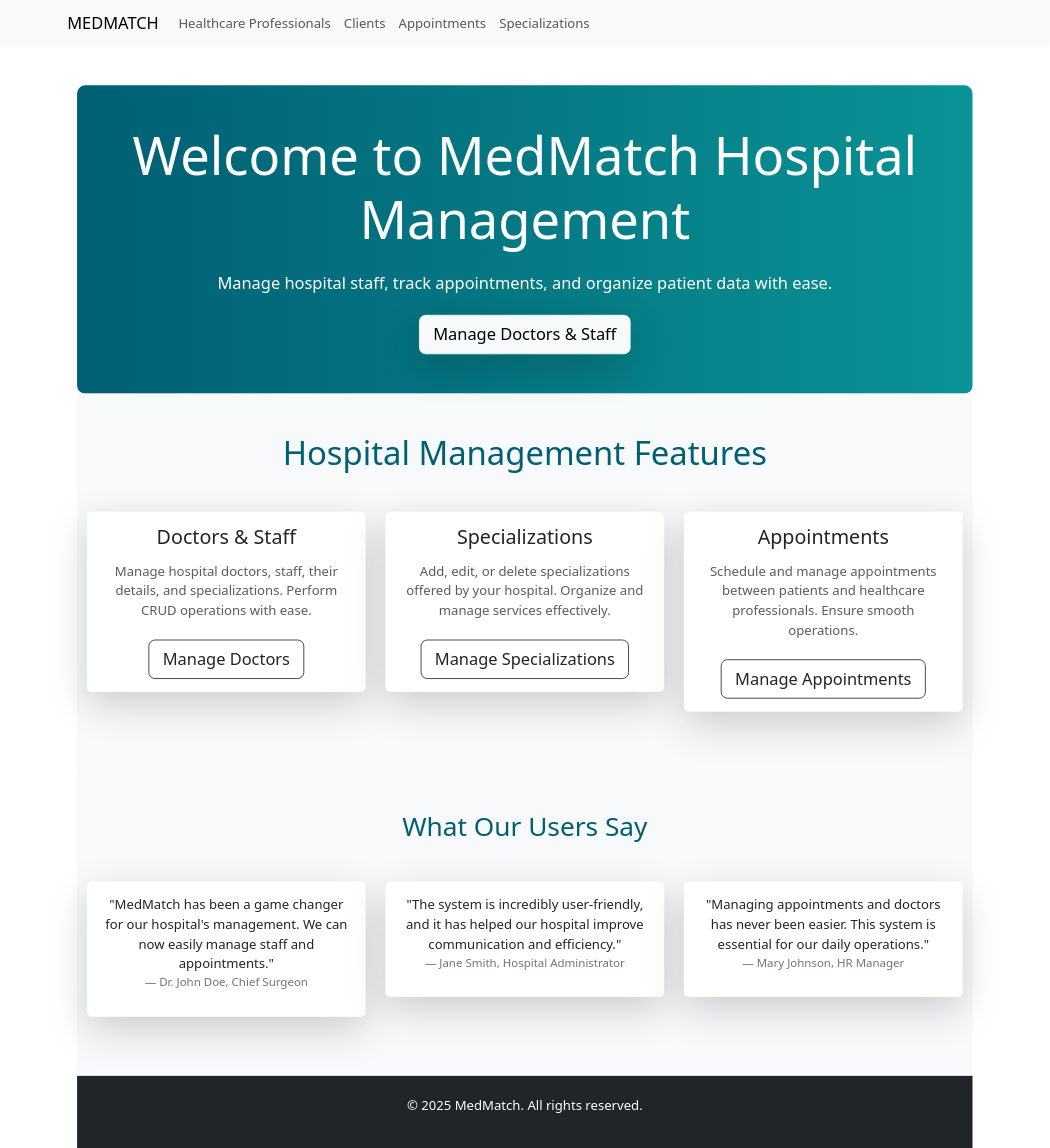
Repository: fahma20/medmatch-platform
Page: / (app in client/)
An editor plug-in stored every save of this project. The page is shown before and after the next save, followed by the edit.
The browser window is 1280 px wide. The pictures show the whole page, at 82% of full size.
The project was rebuilt for these pictures with package versions that can differ from the ones it lists, and the page was loaded fresh each time. Also part of the build but not shown: client/src/components/Healthcareprofessionals.js, client/src/components/Specializations.js, client/src/components/Appointments.js, client/src/components/Clients.js.

Above is the page before, as saved 2025-02-02 14:16:20.

After the next save:
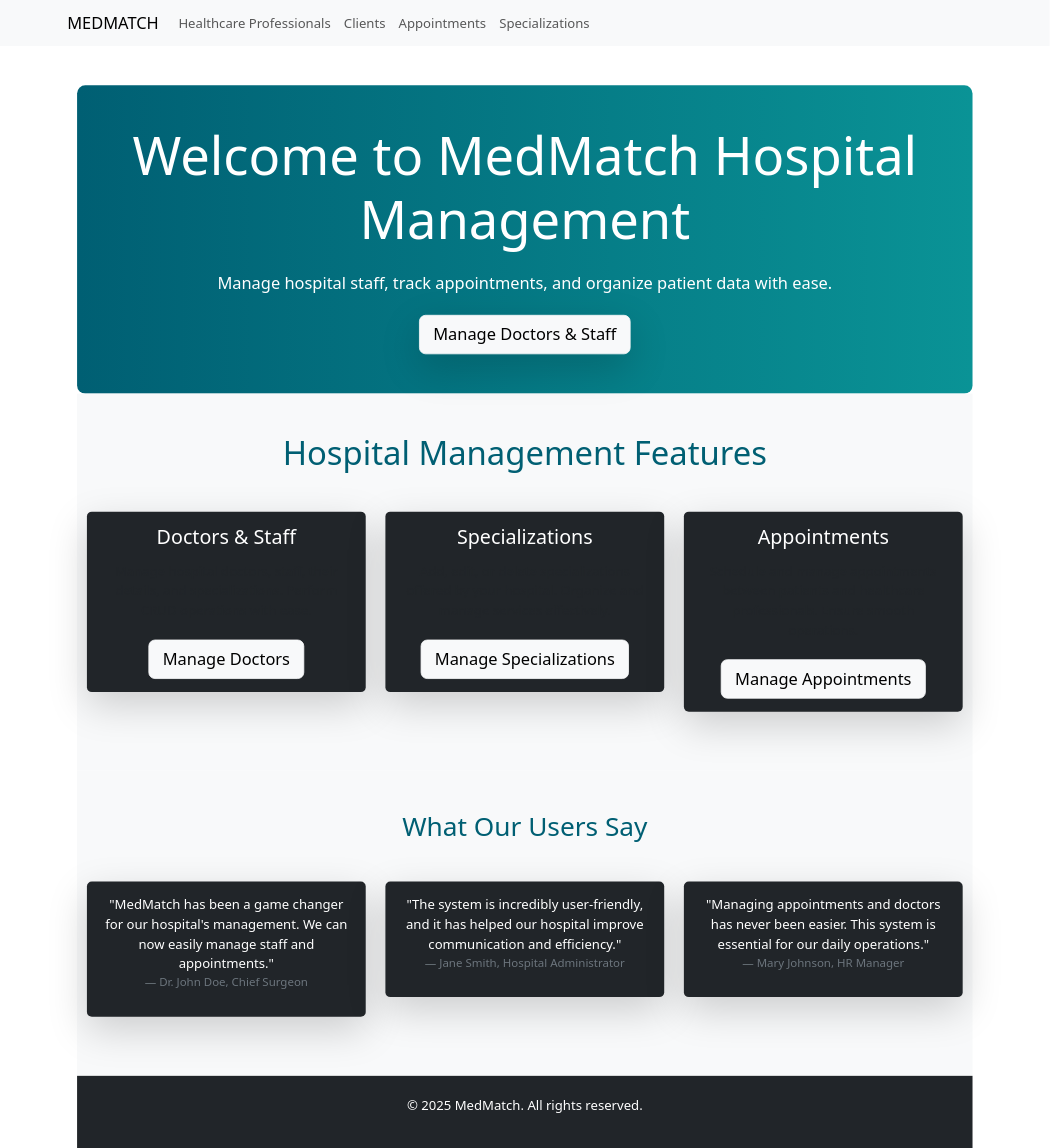
Saved 2 min 43 s later.
--- a/client/src/components/Homepage.js
+++ b/client/src/components/Homepage.js
@@ -39,13 +39,13 @@
           <div className="row">
             {/* Doctors & Staff Management */}
             <div className="col-lg-4 mb-4">
-              <div className="card shadow-lg border-0 rounded-lg">
+              <div className="card shadow-lg border-0 rounded-lg bg-dark text-white">
                 <div className="card-body">
-                  <h4 className="card-title text-dark mb-3">Doctors & Staff</h4>
+                  <h4 className="card-title text-white mb-3">Doctors & Staff</h4>
                   <p className="card-text text-muted mb-4">
                     Manage hospital doctors, staff, their details, and specializations. Perform CRUD operations with ease.
                   </p>
-                  <Link to="/healthcare-professionals" className="btn btn-outline-dark btn-lg">
+                  <Link to="/healthcare-professionals" className="btn btn-light btn-lg">
                     Manage Doctors
                   </Link>
                 </div>
@@ -54,13 +54,13 @@
 
             {/* Specializations Management */}
             <div className="col-lg-4 mb-4">
-              <div className="card shadow-lg border-0 rounded-lg">
+              <div className="card shadow-lg border-0 rounded-lg bg-dark text-white">
                 <div className="card-body">
-                  <h4 className="card-title text-dark mb-3">Specializations</h4>
+                  <h4 className="card-title text-white mb-3">Specializations</h4>
                   <p className="card-text text-muted mb-4">
                     Add, edit, or delete specializations offered by your hospital. Organize and manage services effectively.
                   </p>
-                  <Link to="/specializations" className="btn btn-outline-dark btn-lg">
+                  <Link to="/specializations" className="btn btn-light btn-lg">
                     Manage Specializations
                   </Link>
                 </div>
@@ -69,13 +69,13 @@
 
             {/* Appointments Management */}
             <div className="col-lg-4 mb-4">
-              <div className="card shadow-lg border-0 rounded-lg">
+              <div className="card shadow-lg border-0 rounded-lg bg-dark text-white">
                 <div className="card-body">
-                  <h4 className="card-title text-dark mb-3">Appointments</h4>
+                  <h4 className="card-title text-white mb-3">Appointments</h4>
                   <p className="card-text text-muted mb-4">
                     Schedule and manage appointments between patients and healthcare professionals. Ensure smooth operations.
                   </p>
-                  <Link to="/appointments" className="btn btn-outline-dark btn-lg">
+                  <Link to="/appointments" className="btn btn-light btn-lg">
                     Manage Appointments
                   </Link>
                 </div>
@@ -93,7 +93,7 @@
           </h2>
           <div className="row">
             <div className="col-md-4">
-              <div className="card shadow-lg border-0 rounded-lg mb-4">
+              <div className="card shadow-lg border-0 rounded-lg bg-dark text-white mb-4">
                 <div className="card-body">
                   <p className="card-text">
                     "MedMatch has been a game changer for our hospital's management. We can now easily manage staff and appointments."
@@ -103,7 +103,7 @@
               </div>
             </div>
             <div className="col-md-4">
-              <div className="card shadow-lg border-0 rounded-lg mb-4">
+              <div className="card shadow-lg border-0 rounded-lg bg-dark text-white mb-4">
                 <div className="card-body">
                   <p className="card-text">
                     "The system is incredibly user-friendly, and it has helped our hospital improve communication and efficiency."
@@ -113,7 +113,7 @@
               </div>
             </div>
             <div className="col-md-4">
-              <div className="card shadow-lg border-0 rounded-lg mb-4">
+              <div className="card shadow-lg border-0 rounded-lg bg-dark text-white mb-4">
                 <div className="card-body">
                   <p className="card-text">
                     "Managing appointments and doctors has never been easier. This system is essential for our daily operations."

After the save that followed:
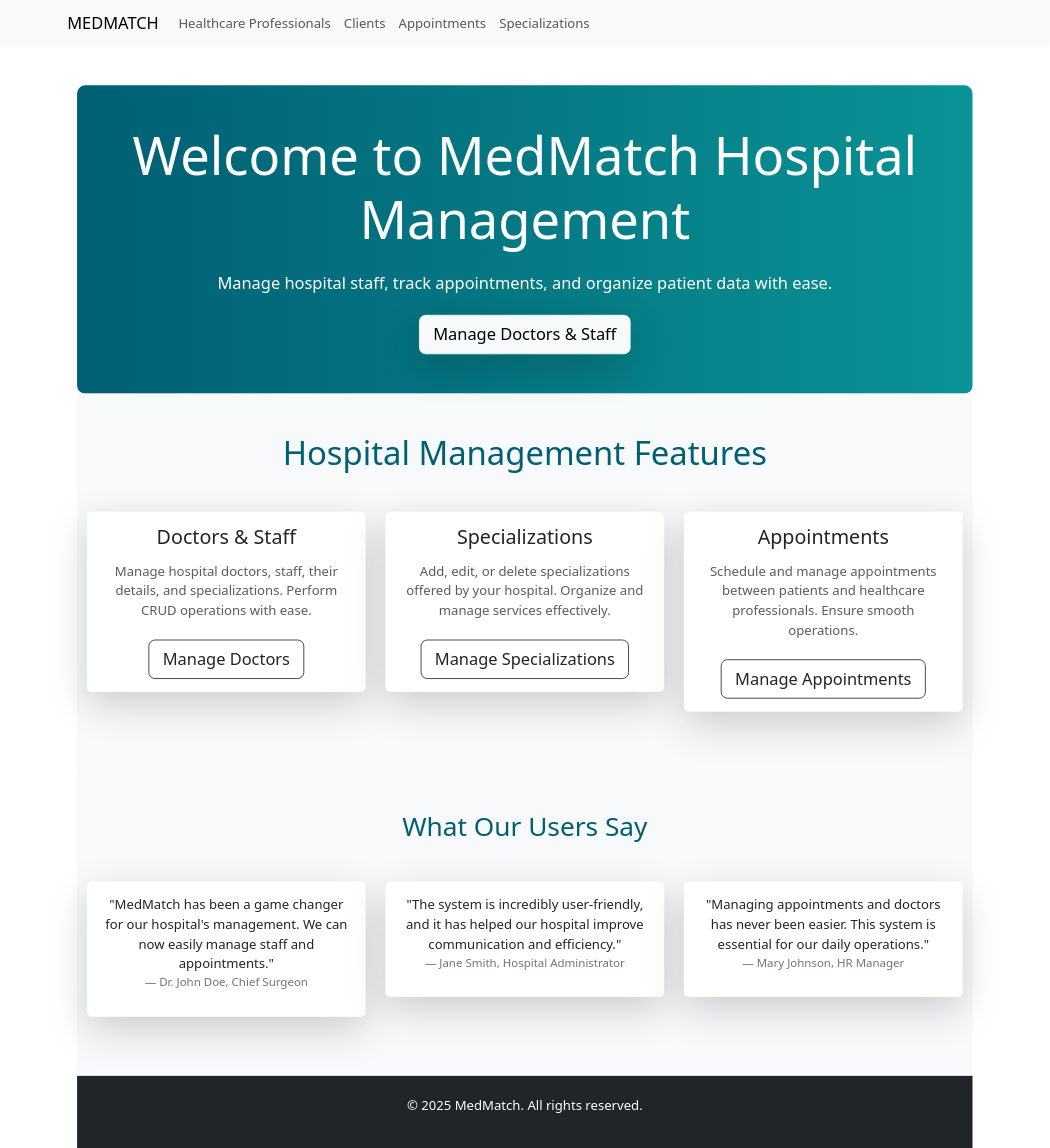
Saved 14 s later.
--- a/client/src/components/Homepage.js
+++ b/client/src/components/Homepage.js
@@ -39,13 +39,13 @@
           <div className="row">
             {/* Doctors & Staff Management */}
             <div className="col-lg-4 mb-4">
-              <div className="card shadow-lg border-0 rounded-lg bg-dark text-white">
+              <div className="card shadow-lg border-0 rounded-lg">
                 <div className="card-body">
-                  <h4 className="card-title text-white mb-3">Doctors & Staff</h4>
+                  <h4 className="card-title text-dark mb-3">Doctors & Staff</h4>
                   <p className="card-text text-muted mb-4">
                     Manage hospital doctors, staff, their details, and specializations. Perform CRUD operations with ease.
                   </p>
-                  <Link to="/healthcare-professionals" className="btn btn-light btn-lg">
+                  <Link to="/healthcare-professionals" className="btn btn-outline-dark btn-lg">
                     Manage Doctors
                   </Link>
                 </div>
@@ -54,13 +54,13 @@
 
             {/* Specializations Management */}
             <div className="col-lg-4 mb-4">
-              <div className="card shadow-lg border-0 rounded-lg bg-dark text-white">
+              <div className="card shadow-lg border-0 rounded-lg">
                 <div className="card-body">
-                  <h4 className="card-title text-white mb-3">Specializations</h4>
+                  <h4 className="card-title text-dark mb-3">Specializations</h4>
                   <p className="card-text text-muted mb-4">
                     Add, edit, or delete specializations offered by your hospital. Organize and manage services effectively.
                   </p>
-                  <Link to="/specializations" className="btn btn-light btn-lg">
+                  <Link to="/specializations" className="btn btn-outline-dark btn-lg">
                     Manage Specializations
                   </Link>
                 </div>
@@ -69,13 +69,13 @@
 
             {/* Appointments Management */}
             <div className="col-lg-4 mb-4">
-              <div className="card shadow-lg border-0 rounded-lg bg-dark text-white">
+              <div className="card shadow-lg border-0 rounded-lg">
                 <div className="card-body">
-                  <h4 className="card-title text-white mb-3">Appointments</h4>
+                  <h4 className="card-title text-dark mb-3">Appointments</h4>
                   <p className="card-text text-muted mb-4">
                     Schedule and manage appointments between patients and healthcare professionals. Ensure smooth operations.
                   </p>
-                  <Link to="/appointments" className="btn btn-light btn-lg">
+                  <Link to="/appointments" className="btn btn-outline-dark btn-lg">
                     Manage Appointments
                   </Link>
                 </div>
@@ -93,7 +93,7 @@
           </h2>
           <div className="row">
             <div className="col-md-4">
-              <div className="card shadow-lg border-0 rounded-lg bg-dark text-white mb-4">
+              <div className="card shadow-lg border-0 rounded-lg mb-4">
                 <div className="card-body">
                   <p className="card-text">
                     "MedMatch has been a game changer for our hospital's management. We can now easily manage staff and appointments."
@@ -103,7 +103,7 @@
               </div>
             </div>
             <div className="col-md-4">
-              <div className="card shadow-lg border-0 rounded-lg bg-dark text-white mb-4">
+              <div className="card shadow-lg border-0 rounded-lg mb-4">
                 <div className="card-body">
                   <p className="card-text">
                     "The system is incredibly user-friendly, and it has helped our hospital improve communication and efficiency."
@@ -113,7 +113,7 @@
               </div>
             </div>
             <div className="col-md-4">
-              <div className="card shadow-lg border-0 rounded-lg bg-dark text-white mb-4">
+              <div className="card shadow-lg border-0 rounded-lg mb-4">
                 <div className="card-body">
                   <p className="card-text">
                     "Managing appointments and doctors has never been easier. This system is essential for our daily operations."
